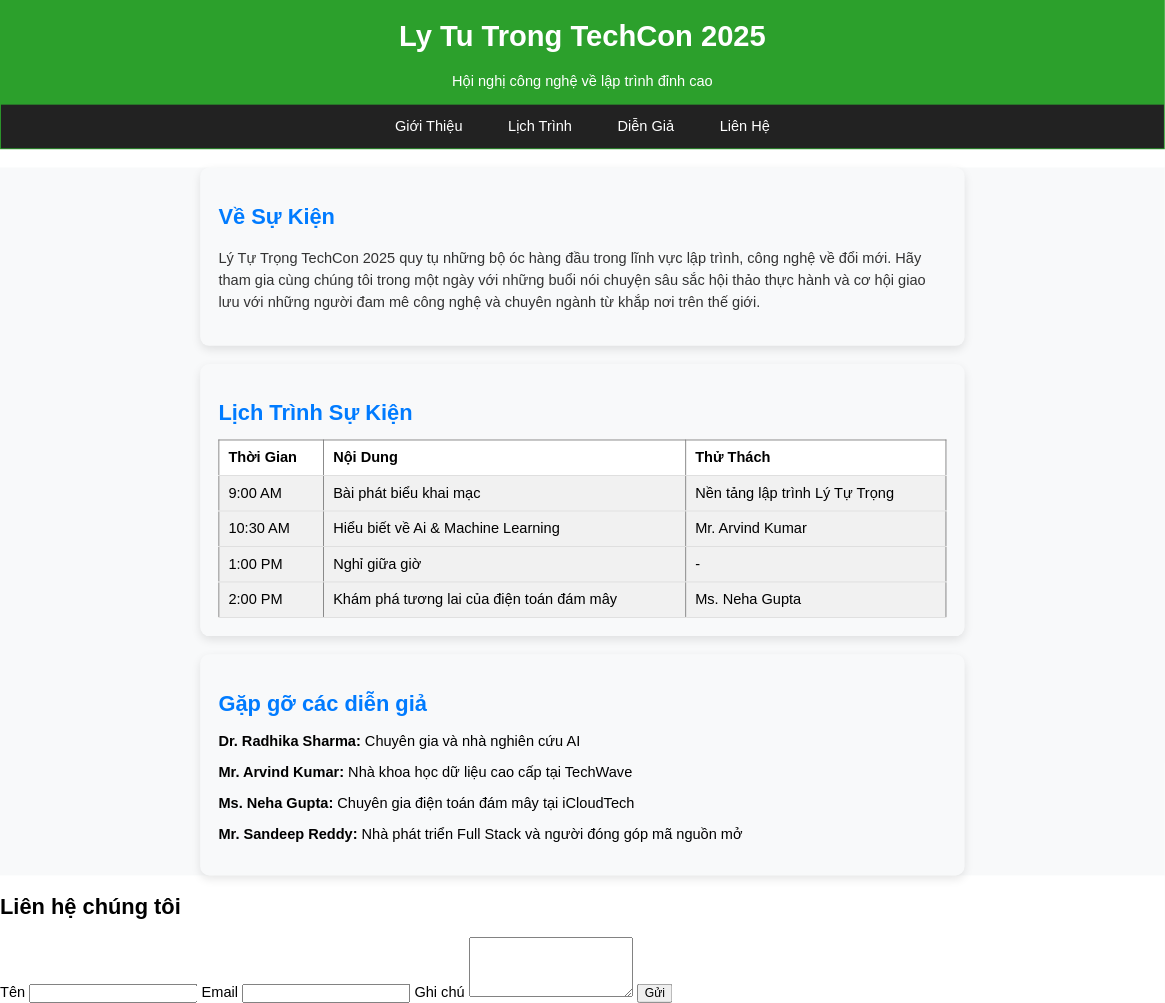
Repository: NhatMinh121/BaiTapVeNha1
Page: index.html
These files come from the project's save history. The page is drawn as it stood at one moment and after the next save; the edit follows.
The browser window is 1280 px wide. The pictures show the whole page, at 91% of full size.

Above is the page before, as saved 2025-03-28 23:13:57.

After the next save:
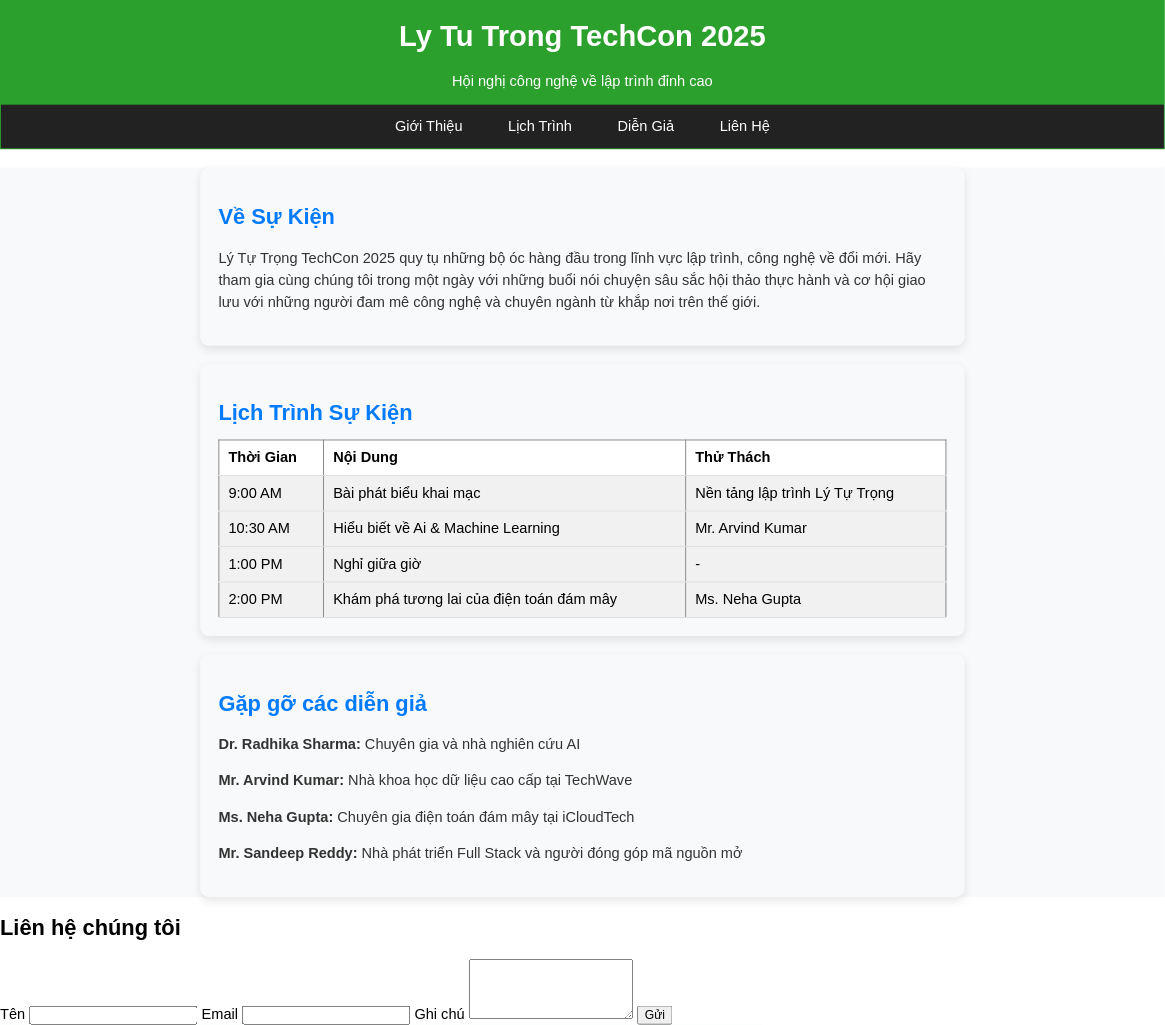
Saved 6 s later.
--- a/style.css
+++ b/style.css
@@ -122,3 +122,9 @@
     font-size: 24px;
     font-weight: bold;
 }
+
+.Meeting p {
+    font-size: 16px;
+    line-height: 1.5;
+    color: #333;
+}
